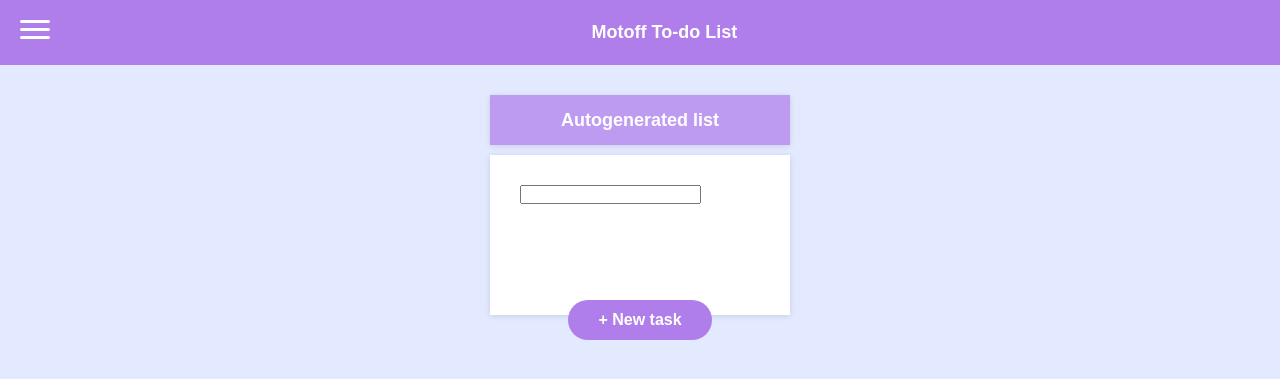
Repository: Amad-Mlinka/Todo-List-Vanilla-JS
Page: index.html
An editor plug-in stored every save of this project. The page is shown before and after the next save, followed by the edit.
The browser window is 1280 px wide. The pictures show the whole page.
The page's requests for data from a server got no answer.

Above is the page before, as saved 2021-09-15 15:21:59.

After the next save:
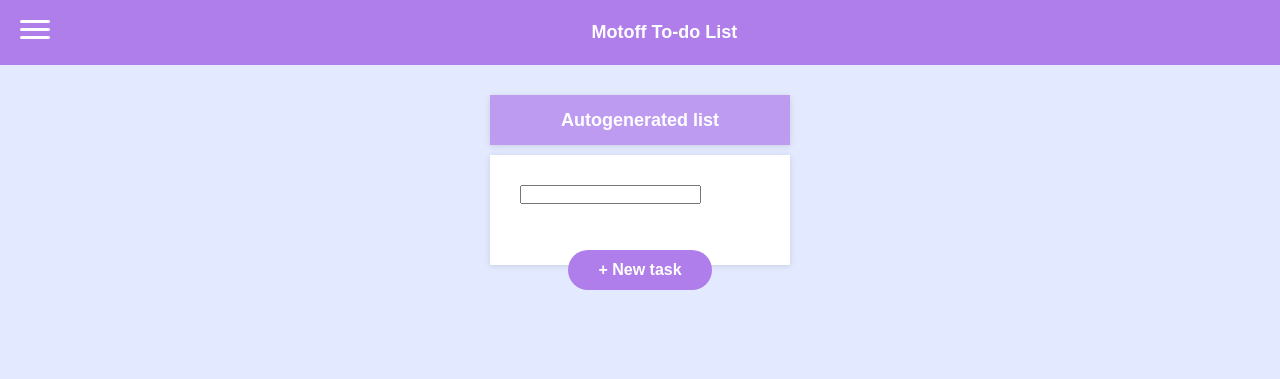
Saved 4 s later.
--- a/styles/style.css
+++ b/styles/style.css
@@ -117,5 +117,5 @@ body {
 .newTask{
   width: 100%;
   padding: 10px;
-  height: 100px;
+  height: 50px;
 }
